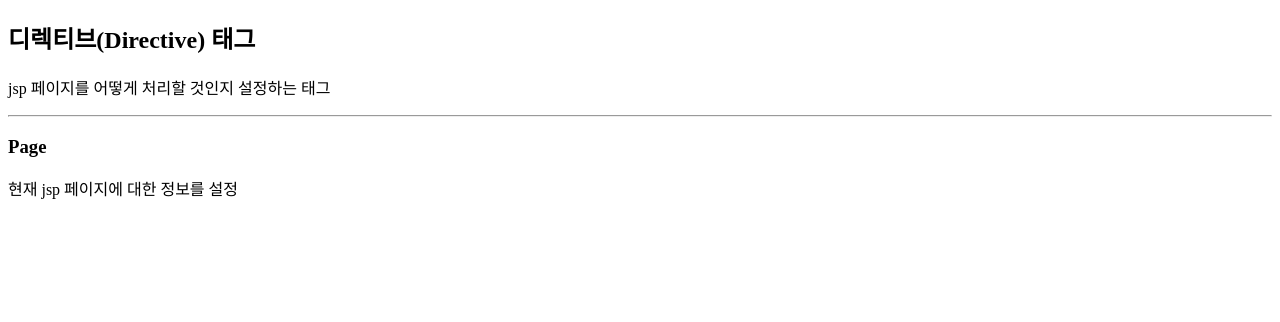
Repository: Rua1006/JSP
Page: http://localhost/practice02/01Directive.jsp
An editor plug-in stored every save of this project. The page is shown before and after the next save, followed by the edit.
The browser window is 1280 px wide. The pictures show the whole page.
The page is served by Tomcat 9. Other server files are loaded and not shown.

Above is the page before, as saved 2022-11-10 01:31:03.

### practice02/WebContent/01Directive.jsp
<%@ page language="java" contentType="text/html; charset=UTF-8"
    pageEncoding="UTF-8"%>
<%@ taglib prefix="c" uri="http://java.sun.com/jsp/jstl/core" %>
<%@ taglib prefix="fmt" uri="http://java.sun.com/jsp/jstl/fmt" %>
<%@ page import ="java.util.*" %>
<%@ page import ="java.text.*, java.net.InetAddress" %>
<%@ include file = "common.jsp" %>
<!DOCTYPE html>
<html>
<head>
<meta charset="UTF-8">
<title>Directive</title>
</head>
<body>
	<h2>디렉티브(Directive) 태그</h2>
	<p>jsp 페이지를 어떻게 처리할 것인지 설정하는 태그</p>
	<hr>
	<h3>Page</h3>
	<p>현재 jsp 페이지에 대한 정보를 설정</p>
</body>
</html>

Loaded but not shown: practice02/WebContent/common.jsp (common file)

After the next save:
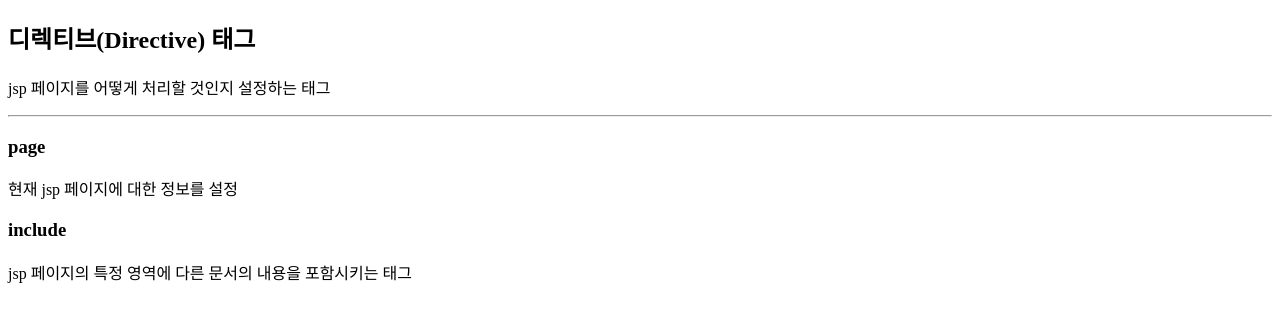
Saved 49 s later.
--- a/practice02/WebContent/01Directive.jsp
+++ b/practice02/WebContent/01Directive.jsp
@@ -15,7 +15,9 @@
 	<h2>디렉티브(Directive) 태그</h2>
 	<p>jsp 페이지를 어떻게 처리할 것인지 설정하는 태그</p>
 	<hr>
-	<h3>Page</h3>
+	<h3>page</h3>
 	<p>현재 jsp 페이지에 대한 정보를 설정</p>
+	<h3>include</h3>
+	<p>jsp 페이지의 특정 영역에 다른 문서의 내용을 포함시키는 태그</p>
 </body>
 </html>
